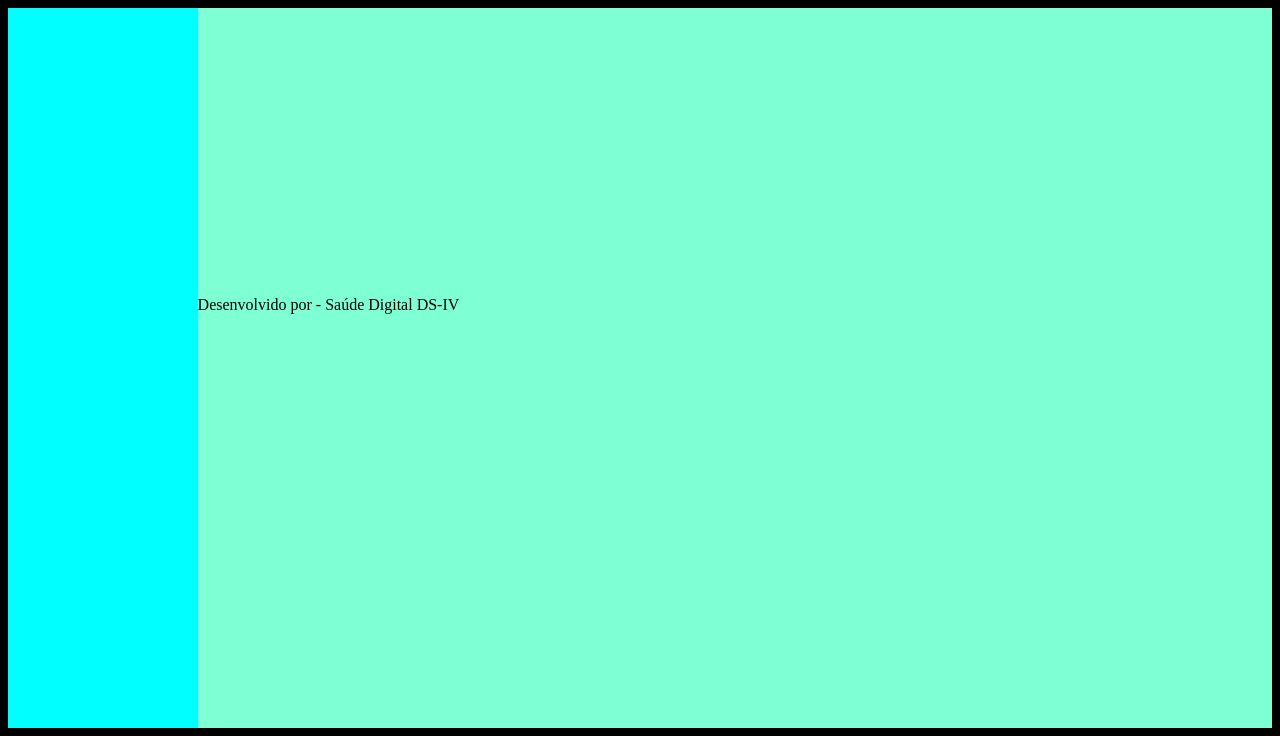
Repository: br-on/ddaf-chamados
Page: index.html
These files come from the project's save history. The page is drawn as it stood at one moment and after the next save; the edit follows.
The browser window is 1280 px wide. The pictures show the whole page.

Above is the page before, as saved 2025-01-19 20:24:33.

### index.html
<!DOCTYPE html>
<html lang="pt-br">
<head>
    <meta charset="UTF-8">
    <meta name="viewport" content="width=device-width, initial-scale=1.0">
    <link rel="stylesheet" href="style.css">
    <title>Radar de Chamados</title>
</head>
<body>
    <header>
        <section class="filtros"></section>
        <section class="percentual"></section>
    </header>
    <main>
        <section class="tipos-demandas"></section>
        <section class="andamento-demandas"></section>
        <footer> Desenvolvido por - Saúde Digital DS-IV</footer>
    </main>
</body>
</html>

### style.css
body {
    background-color: black;
    display: flex;
    height: 100vh;
}
header {
    width: 15%;
    background-color: aqua;
}
main {
    width: 85%;
    background-color: aquamarine;
}

.tipos-demandas {
    height: 40%;
}

After the next save:
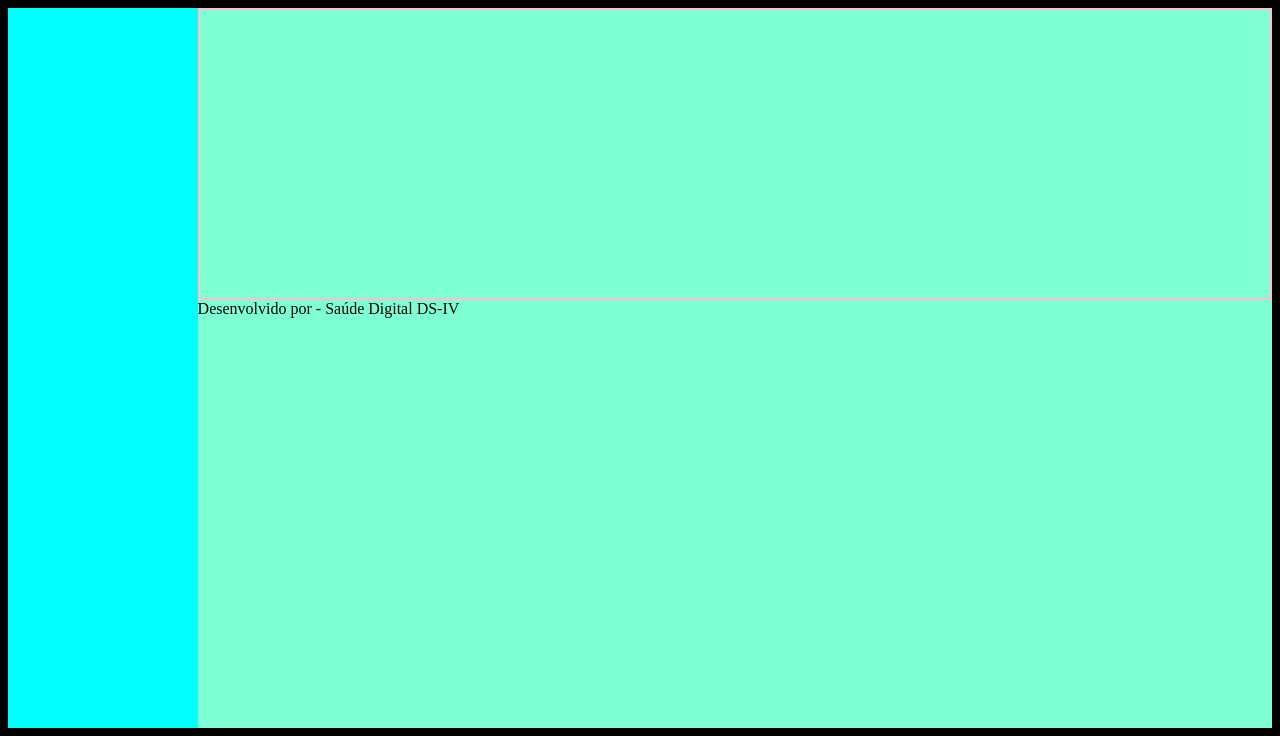
Saved 17 s later.
--- a/style.css
+++ b/style.css
@@ -14,4 +14,5 @@ main {
 
 .tipos-demandas {
     height: 40%;
+    border: solid pink 2px;
 }
